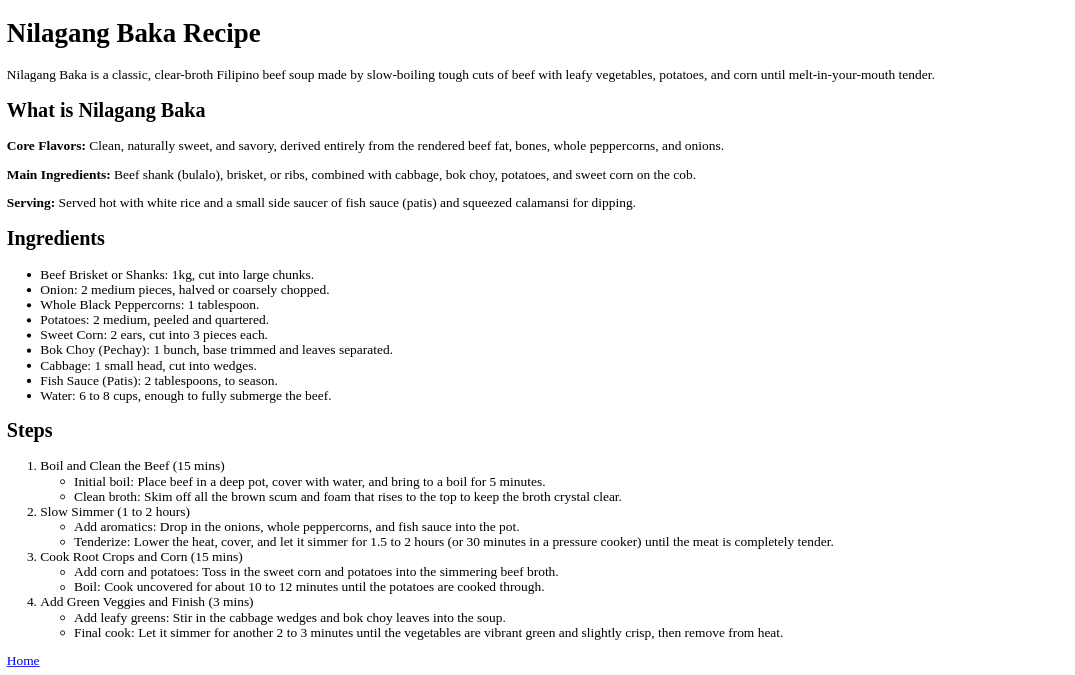
Repository: StevePrado/odin-recipes
Page: recipes/nilagang-baka.html
These files come from the project's save history. The page is drawn as it stood at one moment and after the next save; the edit follows.
The browser window is 1280 px wide. The pictures show the whole page, at 84% of full size.

Above is the page before, as saved 2026-09-19 09:23:36.

### recipes/nilagang-baka.html
<!DOCTYPE html>
<html lang="en">
<head>
  <meta charset="UTF-8">
  <meta name="viewport" content="width=device-width, initial-scale=1.0">
  <title>Document</title>
</head>
<body>
  <h1>Nilagang Baka Recipe</h1>

  <p>Nilagang Baka is a classic, clear-broth Filipino beef soup made by slow-boiling tough cuts of beef with leafy vegetables, potatoes, and corn until melt-in-your-mouth tender.
  </p>

  <h2><b>What is Nilagang Baka</b></h2>

  <p><b>Core Flavors:</b> Clean, naturally sweet, and savory, derived entirely from the rendered beef fat, bones, whole peppercorns, and onions.
  </p>

  <p><b>Main Ingredients:</b> Beef shank (bulalo), brisket, or ribs, combined with cabbage, bok choy, potatoes, and sweet corn on the cob.
  </p>

  <p><b>Serving:</b> Served hot with white rice and a small side saucer of fish sauce (patis) and squeezed calamansi for dipping.</p>

  <h2><b>Ingredients</b></h2>

  <ul>
    <li>Beef Brisket or Shanks: 1kg, cut into large chunks.</li>
    <li>Onion: 2 medium pieces, halved or coarsely chopped.</li>
    <li>Whole Black Peppercorns: 1 tablespoon.</li>
    <li>Potatoes: 2 medium, peeled and quartered.</li>
    <li>Sweet Corn: 2 ears, cut into 3 pieces each.</li>
    <li>Bok Choy (Pechay): 1 bunch, base trimmed and leaves separated.</li>
    <li>Cabbage: 1 small head, cut into wedges.</li>
    <li>Fish Sauce (Patis): 2 tablespoons, to season.</li>
    <li>Water: 6 to 8 cups, enough to fully submerge the beef.</li>
  </ul>

  <h2><b>Steps</b></h2>

  <ol>
    <li>Boil and Clean the Beef (15 mins)</li>
      <ul>
        <li>Initial boil: Place beef in a deep pot, cover with water, and bring to a boil for 5 minutes.</li>
        <li>Clean broth: Skim off all the brown scum and foam that rises to the top to keep the broth crystal clear.</li>
      </ul>
    <li>Slow Simmer (1 to 2 hours)</li>
      <ul>
        <li>Add aromatics: Drop in the onions, whole peppercorns, and fish sauce into the pot.</li>
        <li>Tenderize: Lower the heat, cover, and let it simmer for 1.5 to 2 hours (or 30 minutes in a pressure cooker) until the meat is completely tender.</li>
      </ul>
    <li>Cook Root Crops and Corn (15 mins)</li>
      <ul>
        <li>Add corn and potatoes: Toss in the sweet corn and potatoes into the simmering beef broth.</li>
        <li>Boil: Cook uncovered for about 10 to 12 minutes until the potatoes are cooked through.</li>
      </ul>
    <li>Add Green Veggies and Finish (3 mins)</li>
      <ul>
        <li>Add leafy greens: Stir in the cabbage wedges and bok choy leaves into the soup.</li>
        <li>Final cook: Let it simmer for another 2 to 3 minutes until the vegetables are vibrant green and slightly crisp, then remove from heat.</li>
      </ul>
  </ol>
  <a href="../index.html">Home</a>

</body>
</html>

After the next save:
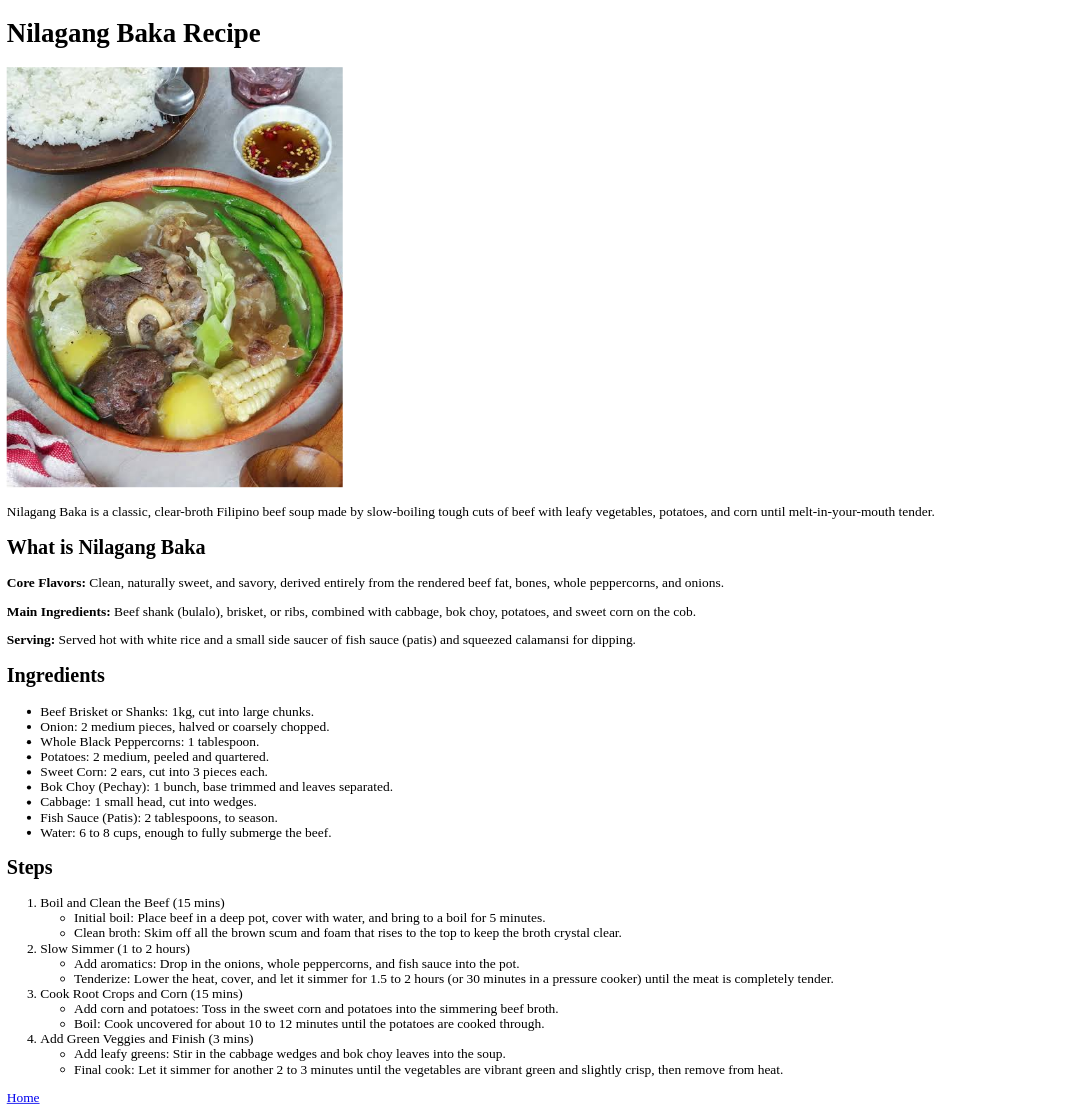
Saved 104 s later.
--- a/recipes/nilagang-baka.html
+++ b/recipes/nilagang-baka.html
@@ -7,6 +7,8 @@
 </head>
 <body>
   <h1>Nilagang Baka Recipe</h1>
+
+  <img src="assets/nilagang-baka.jpg" alt="Nilagang Baka Dish Picture" height="500" width="400">
 
   <p>Nilagang Baka is a classic, clear-broth Filipino beef soup made by slow-boiling tough cuts of beef with leafy vegetables, potatoes, and corn until melt-in-your-mouth tender.
   </p>
